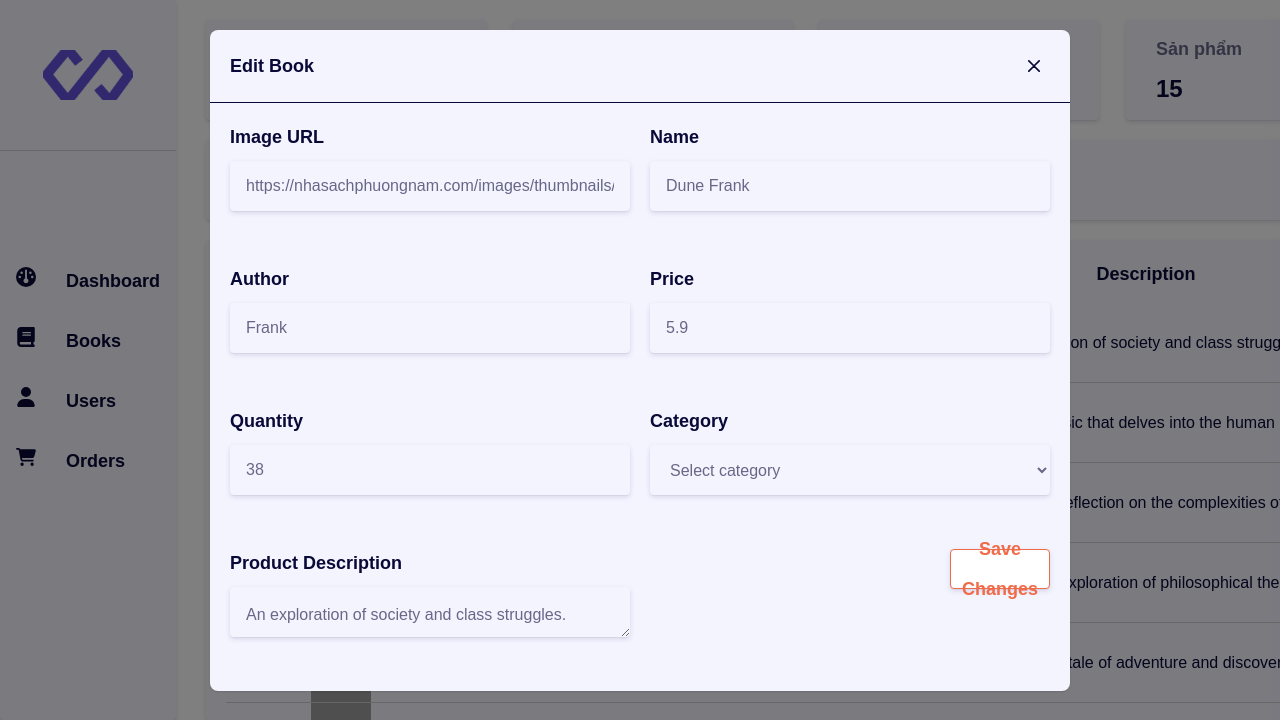
Repository: kauittt/BookStore_FE
Page: / (app in book-store/), after clicking the first element matching `svg.fa-pen`
An editor plug-in stored every save of this project. The page is shown before and after the next save, followed by the edit.
The browser window is 1280 px wide. The pictures show the whole page.
Pictures or frames that could not be fetched are drawn as grey boxes. An inner scrolling area shows only its first screen. The project was rebuilt for these pictures with package versions that can differ from the ones it lists, and the page was loaded fresh each time. Also part of the build but not shown: book-store/vite.config.js, book-store/src/components/login-signup/Login.jsx, book-store/src/components/book/BookItem.jsx, book-store/src/components/book/BookList.jsx, book-store/src/components/elements/BackNavigation.jsx, book-store/src/components/book/BookDetail.jsx, book-store/src/components/cart/QuantitySelector.jsx, book-store/src/components/cart/CartItem.jsx and 3 more.

Above is the page before, as saved 2024-07-20 13:44:47.

After the next save:
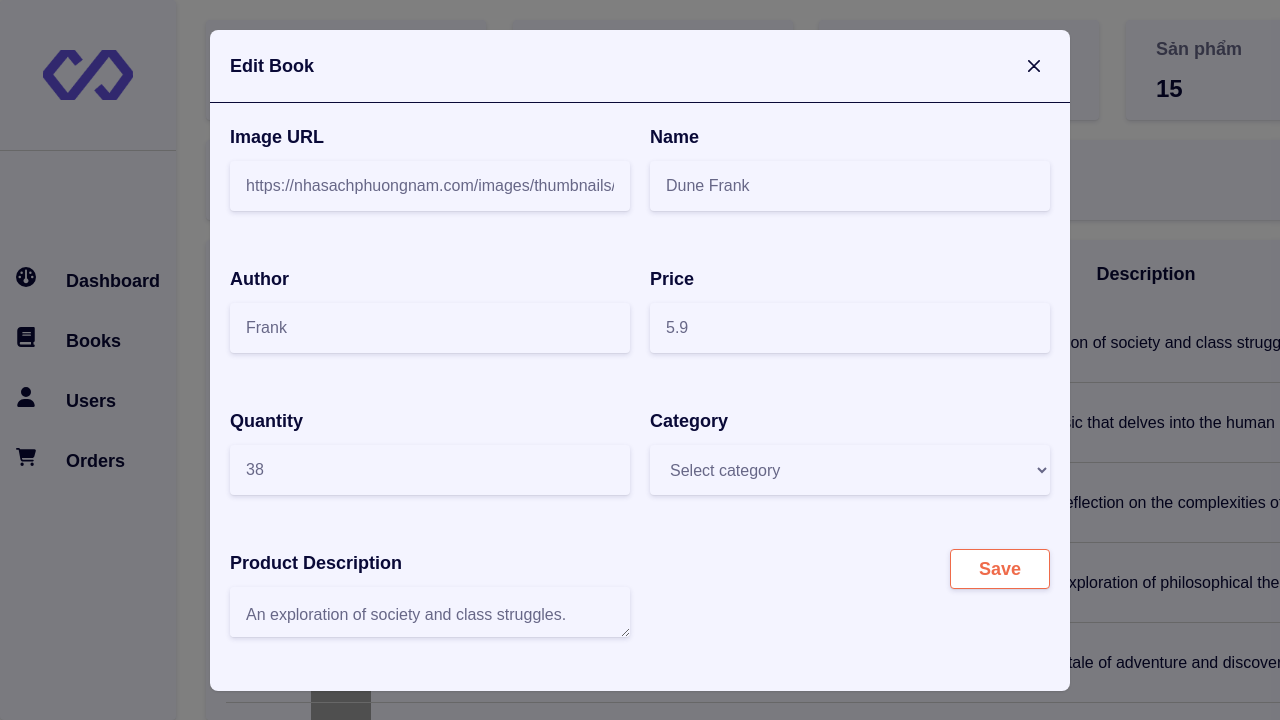
Saved 12 s later.
--- a/book-store/src/components/elements/Modal.jsx
+++ b/book-store/src/components/elements/Modal.jsx
@@ -121,7 +121,7 @@ const Modal = ({ onClose, data, onSave }) => {
                                 />
                                 <div className="flex gap-[10px] justify-end">
                                     <FormButton
-                                        name="Save Changes"
+                                        name="Save"
                                         type="submit"
                                         disabled={isSubmitting}
                                         main={false}
